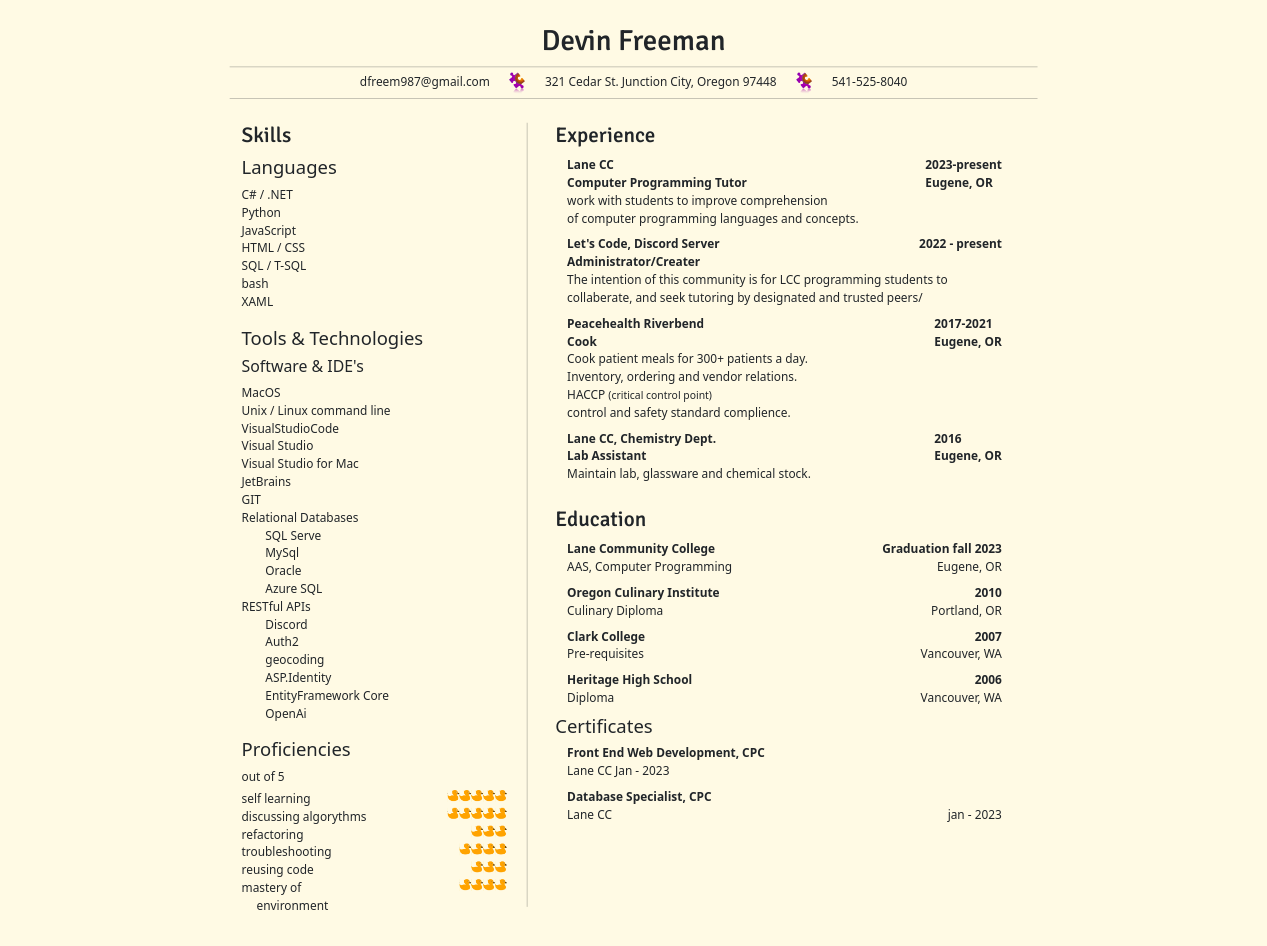
Repository: Dfreem/Resume
Page: index.html
These files come from the project's save history. The page is drawn as it stood at one moment and after the next save; the edit follows.
The browser window is 1280 px wide. The pictures show the whole page, at 99% of full size.

Above is the page before, as saved 2023-02-13 09:09:30.

### index.html
<!DOCTYPE html>
<html lang="en">

<head>
    <meta charset="UTF-8">
    <meta http-equiv="X-UA-Compatible" content="IE=edge">
    <meta name="viewport" content="width=device-width, initial-scale=1.0">
    <link href="https://cdn.jsdelivr.net/npm/bootstrap@5.3.0-alpha1/dist/css/bootstrap.min.css" rel="stylesheet"
        integrity="sha384-GLhlTQ8iRABdZLl6O3oVMWSktQOp6b7In1Zl3/Jr59b6EGGoI1aFkw7cmDA6j6gD" crossorigin="anonymous">
    <link href="resume.css" rel="stylesheet" />
    <title>Devin Freeman</title>
</head>

<body>

    <h1>Devin Freeman</h1>
    <hr />

    <!-- ========= banner ========= -->

    <div class="personal-info">
        dfreem987@gmail.com
        &emsp;
        <span><img src="puzzle.png" class="puzzle-piece"></img></span>
        &emsp;
        321 Cedar St. Junction City, Oregon 97448
        &emsp;
        <span><img src="puzzle.png" class="puzzle-piece"></img></span>
        &emsp;
        541-525-8040
        <!-- &nbsp;freemand@my.lanecc.edu -->
    </div>
    <hr />
    <!-- ========= Skills start ========= -->

    <div class="hstack">
        <div class="vstack skill-stack">
            <h2>Skills</h2>

            <!-- ========= programming language list ========= -->

            <ul class="langs">
                <div class="d-flex flex-row flex-nowrap">
                    <h3>Languages</h3>
                </div>
                <li class="d-flex flex-row flex-nowrap">
                    C# / .NET</li>
                <li class="d-flex flex-row flex-nowrap">
                    Python</li>
                <li class="d-flex flex-row flex-nowrap">
                    JavaScript</li>
                <li class="d-flex flex-row flex-nowrap">
                    HTML / CSS</li>
                <li class="d-flex flex-row flex-nowrap">
                    SQL / T-SQL</li>
                <li class="d-flex flex-row flex-nowrap">
                    bash</li>
                <li class="d-flex flex-row flex-nowrap">
                    XAML</li>
            </ul>
            <ul>
                <div>
                    <h3>Tools & Technologies</h3>
                    <h4>Software & IDE's</h4>
                    <li>MacOS</li>
                    <li>Unix / Linux command line</li>
                    <li>VisualStudioCode</li>
                    <li>Visual Studio</li>
                    <li>Visual Studio for Mac</li>
                    <li>JetBrains </li>
                    <li>GIT</li>
                    <li>
                        <ul>
                            Relational Databases
                            <li class="ms-4">SQL Serve</li>
                            <li class="ms-4">MySql</li>
                            <li class="ms-4">Oracle</li>
                            <li class="ms-4">Azure SQL</li>
                        </ul>
                    </li>
                    <li>
                        <ul>
                            RESTful APIs
                            <li class="ms-4">Discord</li>
                            <li class="ms-4">Auth2</li>
                            <li class="ms-4">geocoding</li>
                            <li class="ms-4">ASP.Identity</li>
                            <li class="ms-4">EntityFramework Core</li>
                            <li class="ms-4">OpenAi</li>
                        </ul>
                    </li>
                    <li>

                    </li>
                    <li>

                    </li>
                </div>
            </ul>

            <!-- ========= Soft Skills ========= -->
            <div>
                <h3 class="same-line">Proficiencies</h3>

                <div class="push-right same-line">
                    out of 5
                </div>

            </div>
            <ul class="profs me-2">
                <li class="d-flex flex-row flex-nowrap">
                    self learning<div class="push-right five"></div>
                </li>
                <li class="d-flex flex-row flex-nowrap">
                    discussing algorythms<div class="push-right five"></div>
                </li>
                <li class="d-flex flex-row flex-nowrap">
                    refactoring<div class="push-right three"></div>
                </li>
                <li class="d-flex flex-row flex-nowrap">
                    troubleshooting<div class="push-right four"></div>
                </li>
                <li class="d-flex flex-row flex-nowrap">
                    reusing code<div class="push-right three"></div>
                </li>
                <li class="d-flex flex-row flex-nowrap">
                    mastery of <br />&emsp; environment<div class="push-right four">
                    </div>
                </li>
                <li class="dlex flex-row flex-nowrap"></li>
            </ul>

            <!-- ========= Professional References ========= -->

            <!-- <hr class="my-3" />
                <h3>References</h3>
                <dl class="profs me-2">
                    <dt class="d-flex flex-row flex-nowrap">
                        Bryce Fisher
                        <div class="push-right">
                            Lane CC, 2022
                        </div>
                    </dt>
                    <dd>
                        <b>collaborator / school colleague</b><br />
                        360-913-4165 <br />
                        bryce.e.fisher@gmail.com.
                    </dd>
                </dl>

                <dl class="profs me-2">
                    <dt class="d-flex flex-row flex-nowrap">
                        Ben Wilson
                        <div class="push-right">
                            Lane CC, 2022
                    </div>
                </dt>
                <dd>
                    <b>school colleague / tutee</b><br />
                    541-870-0555<br />
                    benosliw@gmail.com
                </dd>
            </dl>

            <dl class="profs me-2">
                <dt class="d-flex flex-row flex-nowrap">
                    Paul Frost
                    <div class="push-right">
                        Lane CC, 2022
                    </div>
                </dt>
                <dd>
                    <b>school colleague / tutee</b><br />
                    458-210-0711<br />
                    workpaulfrost@gmail.com<br />

                </dd>
            </dl> -->
        </div>
        <div class="vr my-4"></div>
        <div class="vstack work-stack">

            <!-- ========= Most Recent Work History ========= -->

            <dl class="work-history mt-4">
                <h2>Experience</h2>

                <!-- ========== Experience ========== -->

                <div class="container work-container">
                    <dt class="d-flex flex-nowrap flex-row">
                        Lane CC
                        <br />
                        Computer Programming Tutor
                        <div class="push-right">
                            2023-present
                            <br />
                            Eugene, OR
                        </div>
                    </dt>
                    <dd class="ed-details">
                        work with students to improve comprehension <br /> of computer programming languages and
                        concepts.
                    </dd>
                </div>

                <div class="container work-container">
                    <dt class="d-flex flex-nowrap flex-row">
                        Let's Code, Discord Server<br />
                        Administrator/Creater
                        <div class="push-right">2022 - present</div>
                    </dt>
                    <dd class="ed-title">
                        The intention of this community is for LCC programming students to<br />
                        collaberate, and seek tutoring by designated and trusted peers/
                    </dd>
                </div>
                <!-- ========== work history slot 2 ========== -->
                <div class="container work-container">
                    <dt class="d-flex flex-nowrap flex-row">
                        Peacehealth Riverbend
                        <br />
                        Cook
                        <div class="push-right">
                            2017-2021
                            <br />
                            Eugene, OR
                        </div>
                    </dt>
                    <dd class="ed-details">
                        Cook patient meals for 300+ patients a day. <br />
                        Inventory, ordering and vendor relations. <br />
                        HACCP <small>(critical control point)</small><br />
                        control and safety standard complience. <br />
                    </dd>
                </div>

                <!-- ========== work history slot 3 ========== -->
                <!--
                    <div class="container work-container">
                        <dt class="d-flex flex-nowrap flex-row">
                            McMenamins
                            <br />
                            Assistant kitchen manager
                            <div class="push-right">
                                2011-2013
                                <br />
                                Portland, OR
                                <br />
                            </div>
                        </dt>
                        <dd class="ed-details">
                            Staff management. Food order expeditor. <br />
                            Proficient in all stations including Pizza Kitchen.
                        </dd>
                    </div> -->

                <!-- ========== work history slot 3 ========== -->

                <div class="container work-container">
                    <dt class="d-flex flex-nowrap flex-row">
                       Lane CC, Chemistry Dept.
                        <br />
                        Lab Assistant
                        <div class="push-right">
                            2016
                            <br />
                            Eugene, OR
                        </div>
                    </dt>
                    <dd class="ed-details">Maintain lab, glassware and chemical stock.</dd>
                </div>
            </dl>

            <!-- ========== Education Start ========== -->

            <dl class="education">
                <h2>Education</h2>

                <!-- ========== Education slot 1 ========== -->

                <div class="container work-container">
                    <dt class="d-flex flex-nowrap flex-row">
                        <div class="ed-title">Lane Community College</div>
                        <div class="push-right">Graduation fall 2023</div>
                    </dt>
                    <dd class="d-flex flex-nowrap flex-row">
                        <div class="ed-title">AAS, Computer Programming </div>
                        <span class="push-right"> Eugene, OR </span>
                    </dd>
                </div>

                <!-- ========== Education slot 2 ========== -->

                <div class="container work-container">
                    <dt class="d-flex flex-nowrap flex-row">
                        <div class="ed-title">Oregon Culinary Institute</div>
                        <span class="push-right">2010</span>
                    </dt>
                    <dd class="d-flex flex-nowrap flex-row">
                        <div class="ed-title">Culinary Diploma</div>
                        <span class="push-right">Portland, OR</span>
                    </dd>
                </div>

                <!-- ========== Education slot 3 ========== -->

                <div class="container work-container">
                    <dt class="d-flex flex-nowrap flex-row">
                        <div class="ed-title">Clark College</div>
                        <span class="push-right">2007</span>
                    </dt>
                    <dd class="d-flex flex-nowrap flex-row">
                        <div class="ed-title">Pre-requisites</div>
                        <span class="push-right">Vancouver, WA</span>
                    </dd>
                </div>

                <!-- ========== Education slot 4 ========== -->

                <div class="container work-container">
                    <dt class="d-flex flex-nowrap flex-row">
                        <div class="ed-title">Heritage High School</div>
                        <span class="push-right">2006</span>
                    </dt>
                    <dd class="d-flex flex-nowrap flex-row">
                        <div class="ed-title">Diploma</div>
                        <span class="push-right">Vancouver, WA</span>
                    </dd>
                </div>
                <!-- ========= Certifications ========= -->


                <h3>Certificates</h3>
                <div class="container work-container">
                    <dt class="d-flex flex-row flex-nowrap">
                        <div class="ed-title">Front End Web Development, CPC
                        </div>
                    </dt>
                    <dd>
                        <span class="push-right">
                            Lane CC
                            Jan - 2023

                        </span>
                    </dd>
                </div>

                <div class="container work-container">
                    <dt>Database Specialist, CPC </dt>
                    <dd class="d-flex flex-row flex-nowrap">Lane CC
                        <span class="push-right">jan - 2023</span>
                    </dd>
                </div>
        </div>
        </dl>



    </div>
    </div>
    <dl class="d-grid container">
        <div class="row">

    </dl>
    </div>

</body>
<script src="https://cdn.jsdelivr.net/npm/bootstrap@5.3.0-alpha1/dist/js/bootstrap.bundle.min.js"
    integrity="sha384-w76AqPfDkMBDXo30jS1Sgez6pr3x5MlQ1ZAGC+nuZB+EYdgRZgiwxhTBTkF7CXvN"
    crossorigin="anonymous"></script>

</html>

### resume.css
@import url('https://fonts.googleapis.com/css2?family=Raleway:ital,wght@0,500;0,700;0,800;1,500&family=Signika:wght@400;500;700&display=swap');

/*
font-family: 'Raleway', sans-serif;
font-family: 'Signika', sans-serif;
*/
body {
    /* padding-inline: 0.5in; */
    padding-block-start: 2em;
    margin: auto;
    max-width: 8.5in;
    min-width: 8.5in;
    max-height: 11in;
    font-size: 12px;
    background-color: rgb(255, 250, 228);
}

.personal-info {
    text-align: center;
    margin-bottom: 0;
}

h1 {
    font-family: 'Signika', sans-serif;
    text-align: center;
    font-size: 22pt;
    letter-spacing: 105%;
}

h2 {
    font-family: 'Signika', sans-serif;
    font-size: 16pt;
    margin-block-start: 0;
}

h3 {
    font-size: 14pt;
    width: fit-content;
}

h4 {
    font-size: 12pt;
}

.puzzle-piece {
    width: 1.6em;
    margin-block: .3em;
}

.work-history {
    width: 90%;
    align-self: flex-end;
    margin-inline-end: 2em;
}

.education {
    align-self: flex-end;
    margin-inline-end: 2em;
    width: 90%;
    margin-block-start: 0em;
}

.skill-stack {
    min-width:25%;
    margin-inline:1em;
    margin-block-end: 1em;
    margin-top: 2em;
    /* background-color: chartreuse; */
}

.push-right {
    margin-inline-start: auto;
}

.profs {
    /* font-size: 10px; */
    margin-block: .3em;
}



.five {
    background-image: url("ducky.png");
    background-size: 12px;
    background-repeat: repeat-x;
    width:60px;
 }

.four {
    background-image: url("ducky.png");
    background-size: 12px;
    background-repeat: repeat-x;
    width:48px;
    /* background-position: ; */
}

.three {
    background-image: url("ducky.png");
    background-size: 12px;
    background-repeat: repeat-x;
    width:36px;
 }
.two {
    background-image: url("ducky.png");
    background-size: 12px;
    background-repeat: repeat-x;
    width:24px;
 }

hr {
    margin-block: 0;
}

ul {
    padding-Inline: 0;
}

li {
    list-style: none;
}

After the next save:
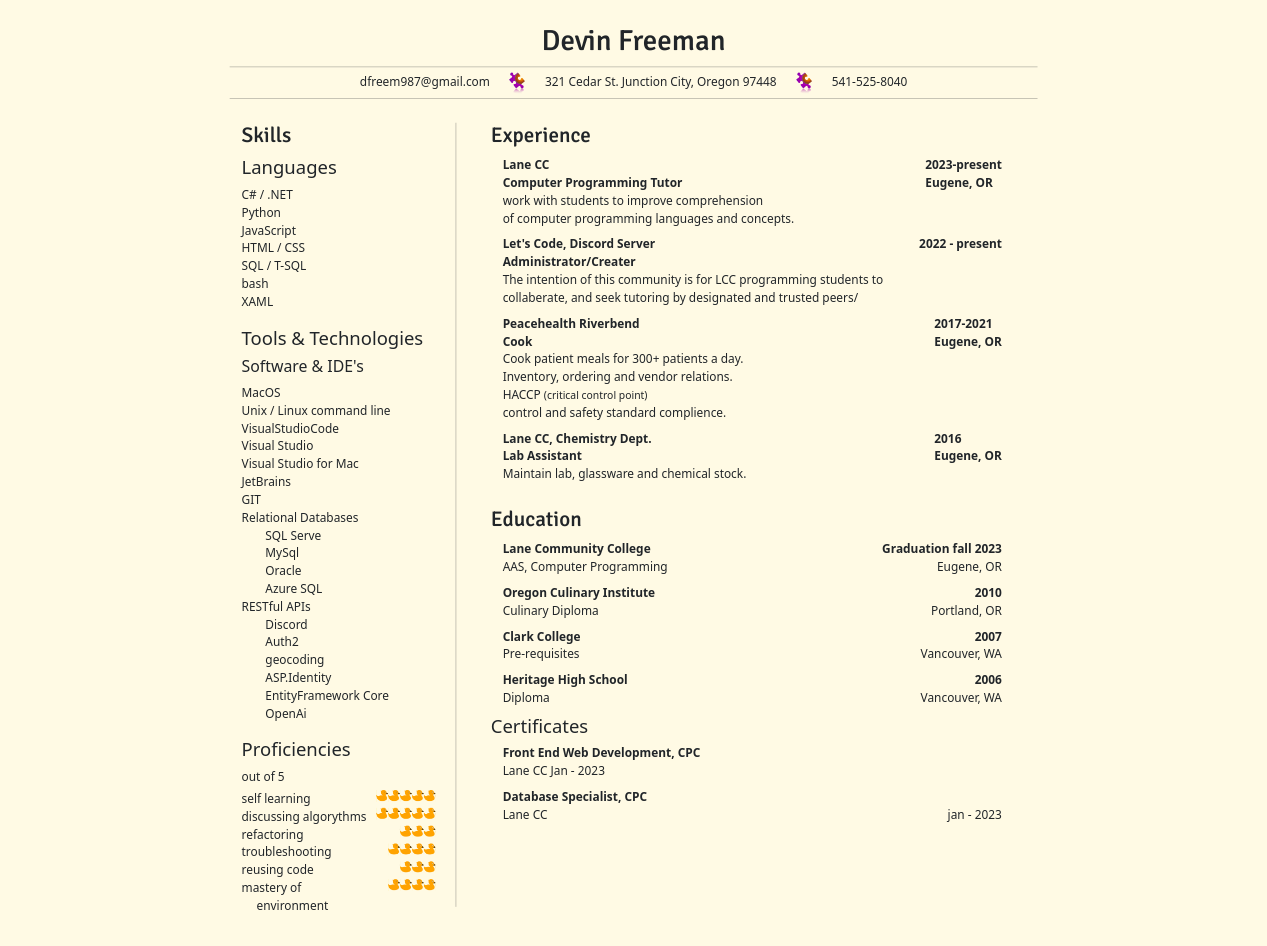
Saved 38 s later.
--- a/resume.css
+++ b/resume.css
@@ -62,6 +62,7 @@
 
 .skill-stack {
     min-width:25%;
+    max-width: 25%;
     margin-inline:1em;
     margin-block-end: 1em;
     margin-top: 2em;

After the save that followed:
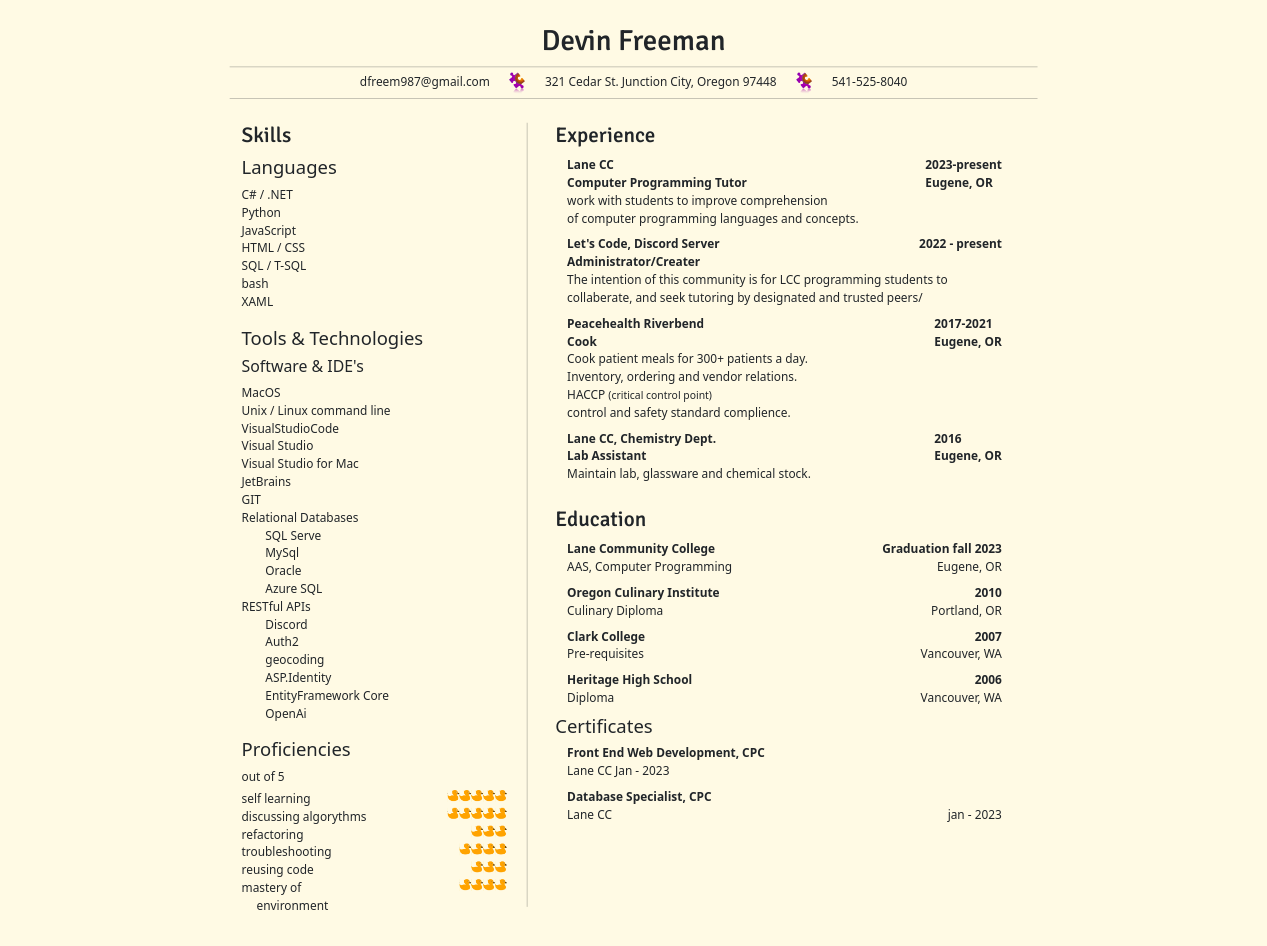
Saved 6 s later.
--- a/resume.css
+++ b/resume.css
@@ -62,7 +62,7 @@
 
 .skill-stack {
     min-width:25%;
-    max-width: 25%;
+    max-width: 35%;
     margin-inline:1em;
     margin-block-end: 1em;
     margin-top: 2em;
